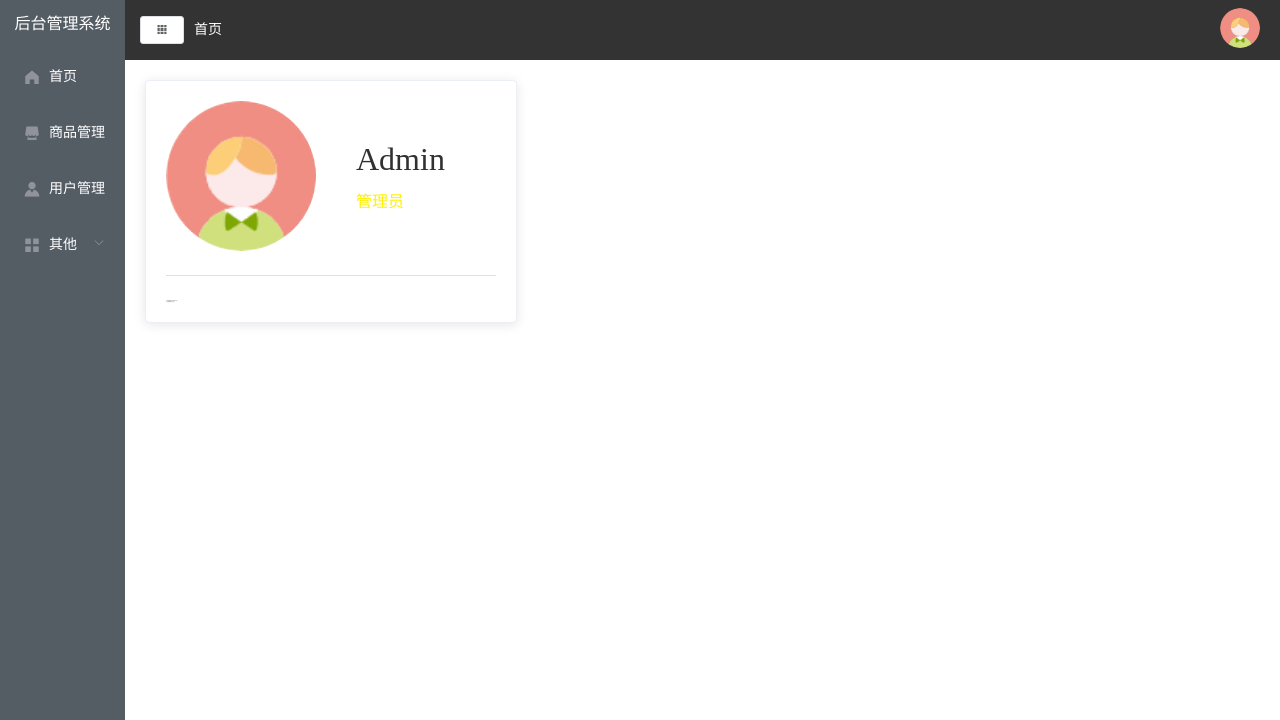
Repository: tkqi/manage
Page: /
The author's editor kept a copy of each file at every save. The page is drawn from the files as they stood at one save, then again after the next save.
The browser window is 1280 px wide. The pictures show the whole page.
The project was rebuilt for these pictures with package versions that can differ from the ones it lists, and the page was loaded fresh each time. Also part of the build but not shown: vue.config.js.

Above is the page before, as saved 2023-12-03 15:58:12.

### src/main.js
import Vue from 'vue'
import App from './App.vue'
import router from './router'
import store from './store'
import ElementUI from 'element-ui';
import 'element-ui/lib/theme-chalk/index.css';

Vue.config.productionTip = false
Vue.use(ElementUI);

new Vue({
  router,
  store,
  render: h => h(App)
}).$mount('#app')

### src/App.vue
<template>
  <div id="app">
    <!-- 路由出口 -->
    <router-view />
  </div>
</template>

<script>
export default {
  name: 'App'
}
</script>

<style lang="less">
html,
body,
h3,
p {
  margin: 0;
  padding: 0;
}
</style>

### src/router/index.js
import Vue from 'vue'
import VueRouter from 'vue-router'
import routes from './routes'
Vue.use(VueRouter)


const router = new VueRouter({
  routes: routes
})

// 暴露router实例
export default router

### src/store/index.js
import Vue from 'vue'
import Vuex from 'vuex'
import tab from './tab.js'

Vue.use(Vuex)

const store = new Vuex.Store({
  state: {

  },
  getters: {
  },
  mutations: {
  },
  actions: {
  },
  modules: {
    tab
  }
})

export default store;

### src/router/routes.js
export default [
    // 主路由
    {
        path: '/',
        component: () => import('../views/Main.vue'),
        redirect: '/home',// 重定向
        // 子路由
        children: [
            {
                // 首页
                path: '/home',
                // 路由组件懒加载
                component: () => import('../views/Home.vue')
            },
            {
                // 用户管理
                path: '/user',
                component: () => import('../views/User.vue')
            },
            {
                // 商品管理
                path: '/mall',
                component: () => import('../views/Mall.vue')
            },
            {
                // 其他/页面1
                path: '/page1',
                component: () => import('../views/Page1.vue')
            },
            {
                // 其他/页面2
                path: '/page2',
                component: () => import('../views/Page2.vue')
            },
        ]
    },
    {
        path: '/home',
        // 路由组件懒加载
        component: () => import('../views/Home.vue')
    },
    {
        path: '/user',
        component: () => import('../views/User.vue')
    }
]

### src/store/tab.js
// 菜单相关数据
export default {
    state: {
        isCollapse: false
    },
    getters: {
        getisCollapse: (state) => state.isCollapse
    },
    mutations: {
        EDITIsCollapse(state){
            state.isCollapse = !state.isCollapse;
        }
    }
}

### src/views/Main.vue
<!-- eslint-disable vue/multi-word-component-names -->
<template>
    <div>
        <el-container>
            <el-aside width="auto">
                <sidebar />
            </el-aside>
            <el-container>
                <el-header>
                    <topbar />
                </el-header>
                <el-main>
                    <transition>
                        <router-view />
                    </transition>
                </el-main>
            </el-container>
        </el-container>
    </div>
</template>

<script>
import sidebar from '../components/sidebar.vue'
import topbar from '../components/topbar.vue';
export default {
    components: {
        sidebar,
        topbar
    }
}
</script>

<style lang="less" scoped>
.el-header {
    padding: 0;
    margin: 0;
}
</style>

### src/views/Home.vue
<!-- eslint-disable vue/multi-word-component-names -->
<template>
    <el-row>
        <el-col :span="8">
            <div>
                <el-card class="box-card">
                    <div class="user">
                        <img class="img" src="../assets/img/user-default.png" alt="">
                        <div class="user-info">
                            <P class="name">Admin</P>
                            <p class="access">管理员</p>
                        </div>
                    </div>
                    <el-divider></el-divider>
                    <div class="login-info">
                        <p>上次登录时间: <span>2023-12-03</span></p>
                        <p>上次登录地点: <span>绍兴</span></p>
                    </div>
                </el-card>
            </div>
        </el-col>
        <el-col :span="16">
            <div class="grid-content bg-purple-light"></div>
        </el-col>
    </el-row>
</template>

<script>
export default {
    data() {
        return {

        }
    }
}
</script>
<style lang="less" scoped>
.user {
    display: flex;
    align-items: center;
    padding-right: 0px;

    .user-info {
        .name {
            font-size: 32px;
            margin-bottom: 10px;
        }

        .access {
            color: #fff000;
        }
    }

    img {
        height: 150px;
        width: 150px;
        border-radius: 50%;
        margin-right: 40px;
    }
}
.login-info {
        p {
            font-size: 1px;
            margin-right: 40px;

            span {
                font-size: 1px;
            }
        }
    }
</style>

### src/components/sidebar.vue
<!-- eslint-disable vue/multi-word-component-names -->
<template>
    <el-menu class="menu" @open="handleOpen" @close="handleClose" :collapse="isCollapse" background-color="#545c64"
        text-color="#fff" active-text-color="#ffd04b">
        <h3>{{ !isCollapse?'后台管理系统':'后台' }}</h3>
        <el-menu-item v-for="item in noChildren" :key="item.name" :index="item.name" @click="clickMenu(item)">
            <i :class="`el-icon-${item.icon}`"></i>
            <span slot="title">{{ item.label }}</span>
        </el-menu-item>
        <el-submenu v-for="item in hasChildren" :key="item.label" :index="item.label">
            <template slot="title">
                <i :class="`el-icon-${item.icon}`"></i>
                <span slot="title">{{ item.label }}</span>
            </template>
            <el-menu-item-group v-for="subitem in item.children" :key="subitem.name">
                <el-menu-item :index="subitem.name" @click="clickSubmenu(subitem)">
                    <!-- <template slot="title"> -->
                    <i :class="`el-icon-${subitem.icon}`"></i>
                    <span slot="title">{{ subitem.name }}</span>
                    <!-- </template> -->
                </el-menu-item>
            </el-menu-item-group>
        </el-submenu>
    </el-menu>
</template>

<script>
export default {
    computed: {
        // 无子菜单
        noChildren() {
            return this.menuData.filter(o => !o.children);
        },
        // 有子菜单
        hasChildren() {
            return this.menuData.filter(o => o.children);
        },
        isCollapse() {
           return this.$store.state.tab.isCollapse;
        }
    },
    data() {
        return {
            // 使用store实时改变属性需要定义到computed
            // isCollapse: this.$store.getters('getisCollapse'),
            menuData: [
                {
                    path: '/',
                    name: 'home',
                    label: "首页",
                    icon: 's-home',
                    url: 'Home/Home'
                },
                {
                    path: '/mall',
                    name: 'mall',
                    label: "商品管理",
                    icon: 's-shop',
                    url: 'MallManage/MallManage'
                },
                {
                    path: '/user',
                    name: 'user',
                    label: "用户管理",
                    icon: 's-custom',
                    url: 'UserManage/UserManage'
                },
                {
                    label: '其他',
                    icon: 'menu',
                    children: [
                        {
                            path: '/page1',
                            name: 'page1',
                            label: "页面1",
                            icon: 's-claim',
                            url: 'Other/PageOne'
                        },
                        {
                            path: '/page2',
                            name: 'page2',
                            label: "页面2",
                            icon: 's-claim',
                            url: 'Other/PageTwo'
                        },
                    ]
                }
            ]
        };
    },
    methods: {
        handleOpen(key, keyPath) {
            console.log(key, keyPath);
        },
        handleClose(key, keyPath) {
            console.log(key, keyPath);
        },
        clickMenu(item) {
            console.log(this.$router.currentRoute.path);
            // 判断当前路由于点击链接的路由不一致才跳转
            if (item.path != this.$route.path && !(this.$route.path == '/home' && item.path == '/'))
                this.$router.push(item.path);
        },
        clickSubmenu(subitem) {
            // 判断当前路由于点击链接的路由不一致才跳转
            if (subitem.path != this.$route.path)
                this.$router.push(subitem.path);
        }
    }
}
</script>

<style lang="less" scoped>
.el-menu-vertical-demo:not(.el-menu--collapse) {
    width: 200px;
    min-height: 400px;
}

.menu {
    height: 100vh;
    border-right:0;
    h3 {
        color: rgb(255, 255, 255);
        text-align: center;
        line-height: 48px;
        font-size: 16px;
        font-weight: 400;
    }
}
</style>

### src/components/topbar.vue
<!-- eslint-disable vue/multi-word-component-names -->
<template>
    <div class="head-container">
        <div class="l-content">
            <el-button icon="el-icon-s-grid" size="mini" @click="changeCollapse()"/>
            <!-- 面包屑 -->
            <span class="text">首页</span>
        </div>
        <div class="r-content">
            <el-dropdown>
                <span class="el-dropdown-link">
                    <img class="img" src="../assets/img/user-default.png" alt="">
                </span>
                <el-dropdown-menu slot="dropdown">
                    <el-dropdown-item>个人中心</el-dropdown-item>
                    <el-dropdown-item>退出</el-dropdown-item>
                </el-dropdown-menu>
            </el-dropdown>
        </div>
    </div>
</template>

<script>
export default {
    data(){
        return{

        }
    },
    methods:{
        changeCollapse(){
            console.log(1);
            this.$store.commit('EDITIsCollapse');
        }
    }
}
</script>

<style lang="less" scoped>
.head-container {
    background-color: #333;
    height: 60px;
    display: flex;
    justify-content: space-between;
    align-items: center;
    padding-left: 15px;
    padding-right: 20px;
}

// .l-content {
//     padding-left: 15px;
// }

// .r-content {}

.text {
    color: white;
    font-size: 14px;
    padding-left: 10px;
}

.img{
    height: 40px;
    width: 40px;
    border-radius: 50%;
}
</style>

Loaded but not shown: public/index.html (common file)

After the next save:
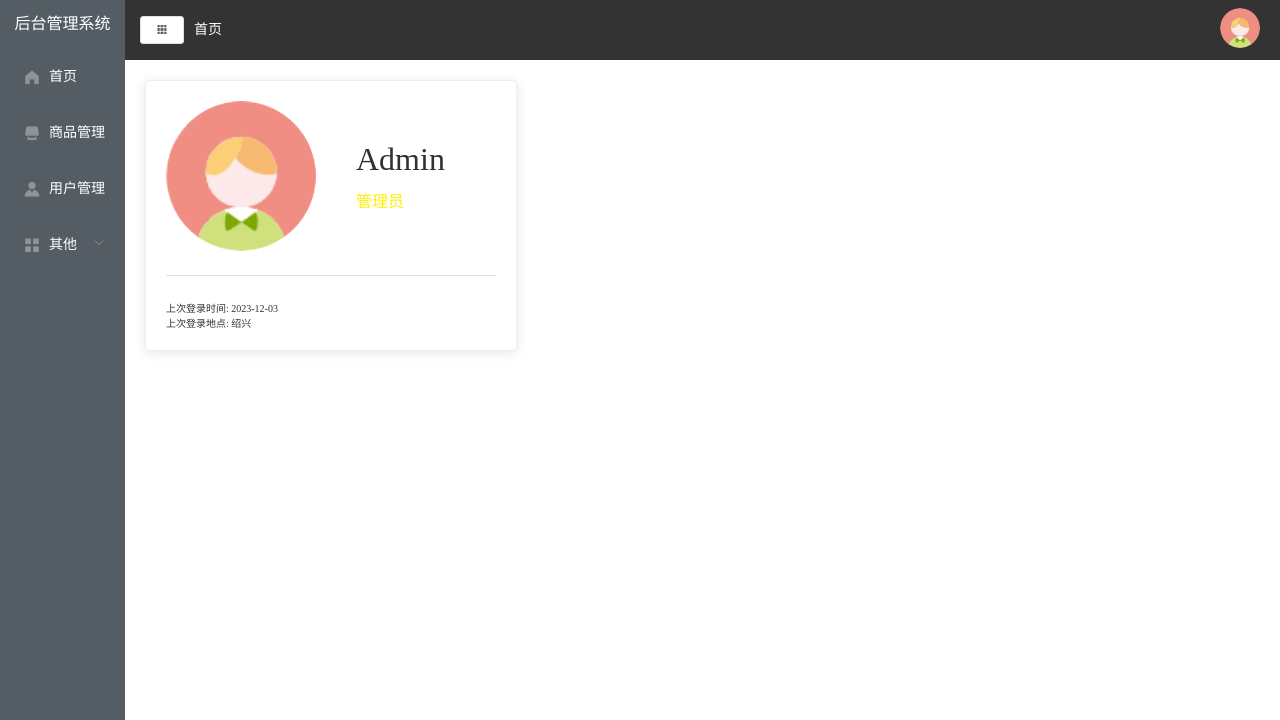
Saved 8 s later.
--- a/src/views/Home.vue
+++ b/src/views/Home.vue
@@ -60,11 +60,11 @@ export default {
 }
 .login-info {
         p {
-            font-size: 1px;
+            font-size: 10px;
             margin-right: 40px;
 
             span {
-                font-size: 1px;
+                font-size: 10px;
             }
         }
     }
